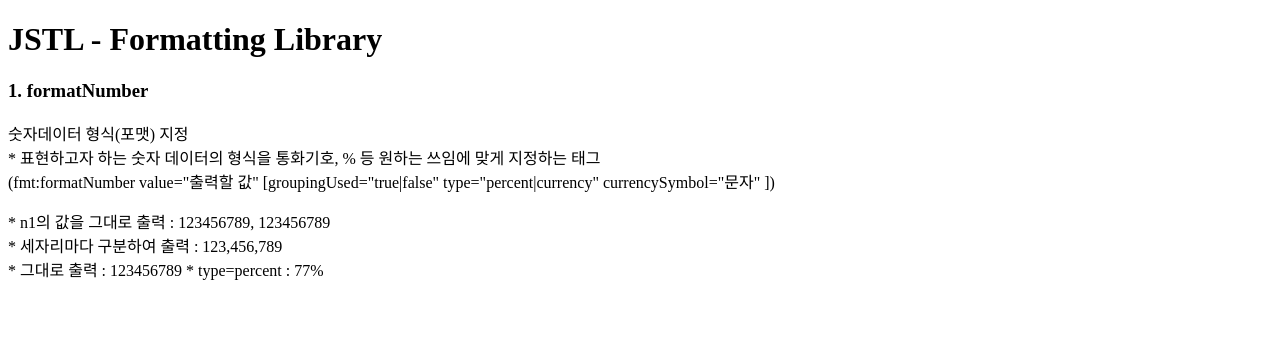
Repository: hailey-516/servlet
Page: http://localhost/3_elAction/views/3_Custom_Action/02_fmt.jsp
These files come from the project's save history. The page is drawn as it stood at one moment and after the next save; the edit follows.
The browser window is 1280 px wide. The pictures show the whole page.
The page is served by Tomcat 9.

Above is the page before, as saved 2024-08-28 01:33:31.

After the next save:
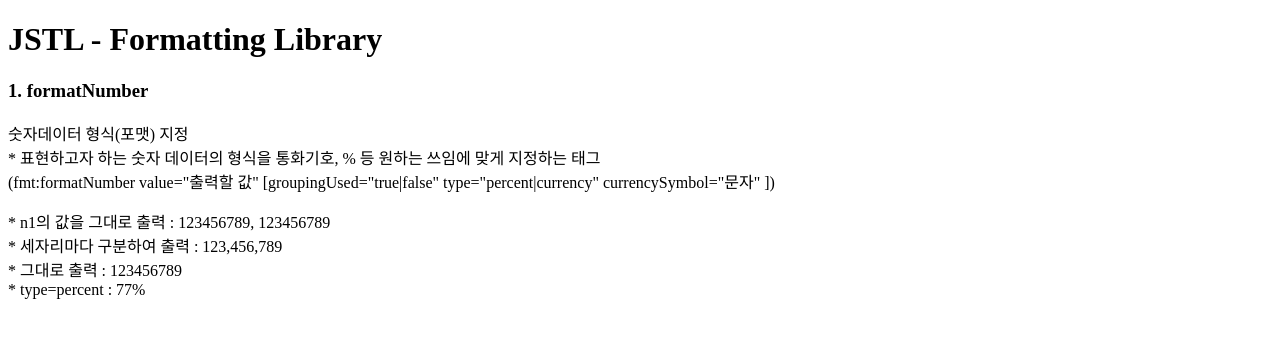
Saved 17 s later.
--- a/3_elAction/src/main/webapp/views/3_Custom_Action/02_fmt.jsp
+++ b/3_elAction/src/main/webapp/views/3_Custom_Action/02_fmt.jsp
@@ -30,9 +30,9 @@
 	* n1의 값을 그대로 출력 : <c:out value="${ n1 }" />, ${ n1 } <br>
 	* 세자리마다 구분하여 출력 : <fmt:formatNumber value="${ n1 }" />
 	<%-- groupingUsed 속성의 기본값: true --%> <br>
-	* 그대로 출력 : <fmt:formatNumber value="${ n1 }" groupingUsed="false" />
+	* 그대로 출력 : <fmt:formatNumber value="${ n1 }" groupingUsed="false" /> <br>
 
-	* type=percent : <fmt:formatNumber value="${ n2 }" type="percent" /><br>
+	* type=percent : <fmt:formatNumber value="${ n2 }" type="percent" /> <br>
 
 
 </body>
